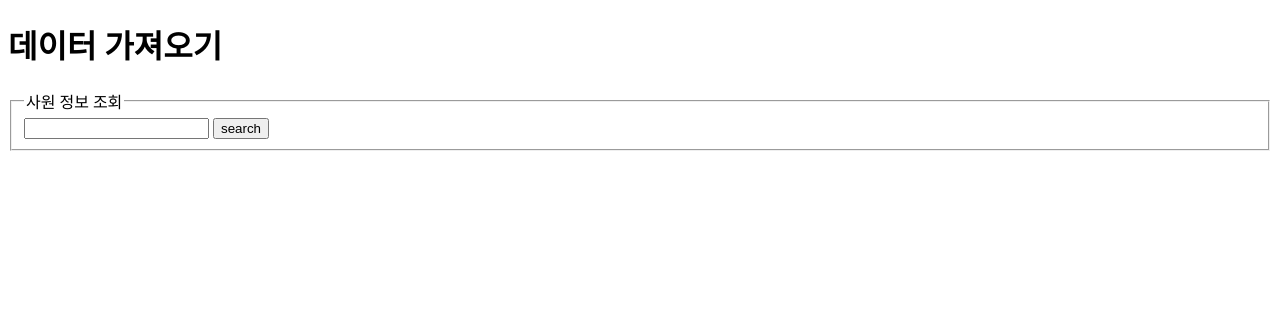
Repository: lafayetteey/WorkSpace
Page: workspace_jq_Ajax/UI_JQ_Ajax/WebContent/jq21_ajax.html
The author's editor kept a copy of each file at every save. The page is drawn from the files as they stood at one save, then again after the next save.
The browser window is 1280 px wide. The pictures show the whole page.

Above is the page before, as saved 2020-06-22 08:09:55.

After the next save:
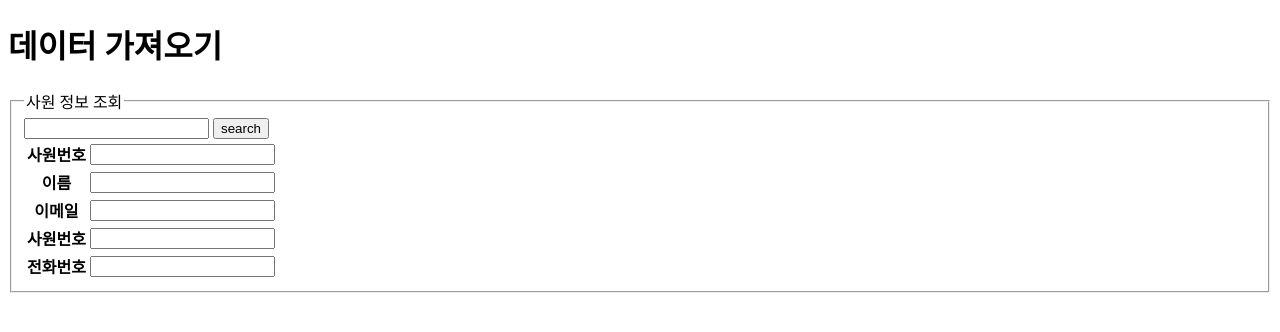
Saved 84 s later.
--- a/workspace_jq_Ajax/UI_JQ_Ajax/WebContent/jq21_ajax.html
+++ b/workspace_jq_Ajax/UI_JQ_Ajax/WebContent/jq21_ajax.html
@@ -11,6 +11,28 @@
 		<legend>	사원 정보 조회 </legend>
 		<input type="text" name="empid">
 		<input type="button"  id="emp_search" value="search">
+		<table>
+			<tr>
+				<th>사원번호</th>
+				<td><input type="text" name="empNum"></td>
+			</tr>
+			<tr>
+				<th>이름</th>
+				<td><input type="text" name="empNum"></td>
+			</tr>
+			<tr>
+				<th>이메일</th>
+				<td><input type="text" name="empNum"></td>
+			</tr>
+			<tr>
+				<th>사원번호</th>
+				<td><input type="text" name="empNum"></td>
+			</tr>
+			<tr>
+				<th>전화번호</th>
+				<td><input type="text" name="empNum"></td>
+			</tr>
+		</table>
 	</fieldset>
 </body>
 </html>
